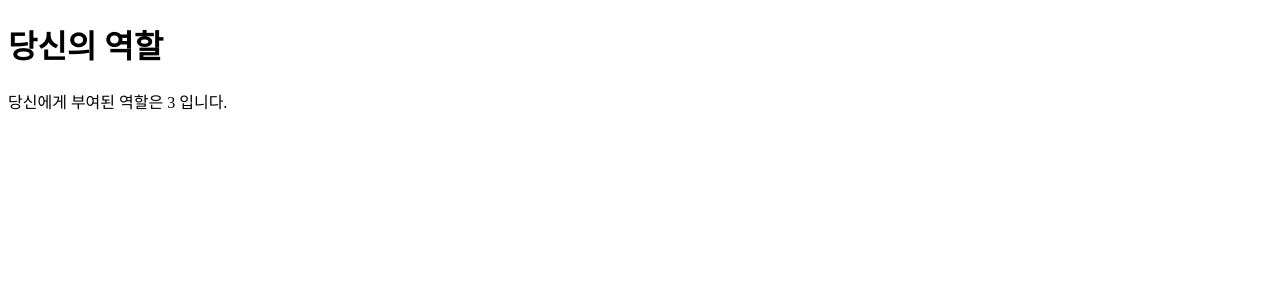
Repository: HeeMang28/jsp
Page: http://localhost/JSPBasic/jsptag/tag_quiz04.jsp
These files come from the project's save history. The page is drawn as it stood at one moment and after the next save; the edit follows.
The browser window is 1280 px wide. The pictures show the whole page.
The page is served by Tomcat 9. Other server files are loaded and not shown.

Above is the page before, as saved 2022-03-24 09:45:40.

### JSPBasic/src/main/webapp/jsptag/tag_quiz04.jsp
<%@page import="java.util.*"%>
<%@ page language="java" contentType="text/html; charset=UTF-8"
    pageEncoding="UTF-8"%>
<!DOCTYPE html>
<html>
<head>
<meta charset="UTF-8">
<title>Insert title here</title>
</head>
<body>
<%!
		List<String> party = new ArrayList<>();
%>
<%
	String[] jobs = {"전사", "도적", "사냥꾼", "마법사", "사제"};
	int r = (int)(Math.random() * jobs.length);
	String job = jobs[r];
%>
	<h1>당신의 역할</h1>
	당신에게 부여된 역할은 <%= r %> 입니다.
</body>
</html>

After the next save:
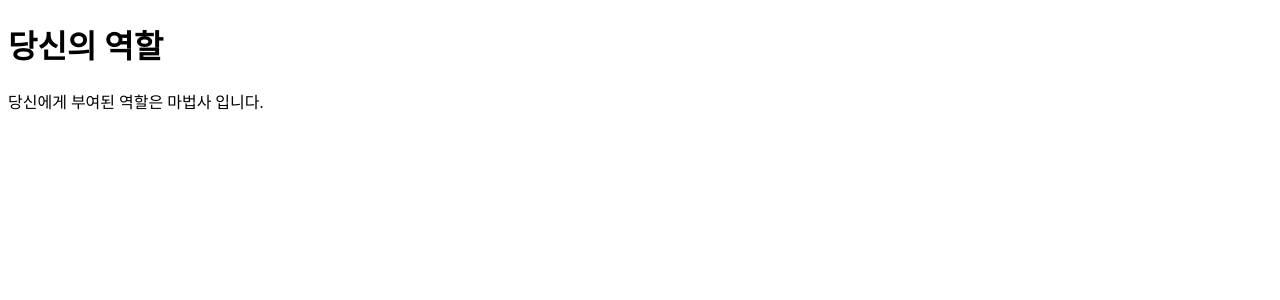
Saved 4 s later.
--- a/JSPBasic/src/main/webapp/jsptag/tag_quiz04.jsp
+++ b/JSPBasic/src/main/webapp/jsptag/tag_quiz04.jsp
@@ -17,6 +17,6 @@
 	String job = jobs[r];
 %>
 	<h1>당신의 역할</h1>
-	당신에게 부여된 역할은 <%= r %> 입니다.
+	당신에게 부여된 역할은 <%= job %> 입니다.
 </body>
 </html>
